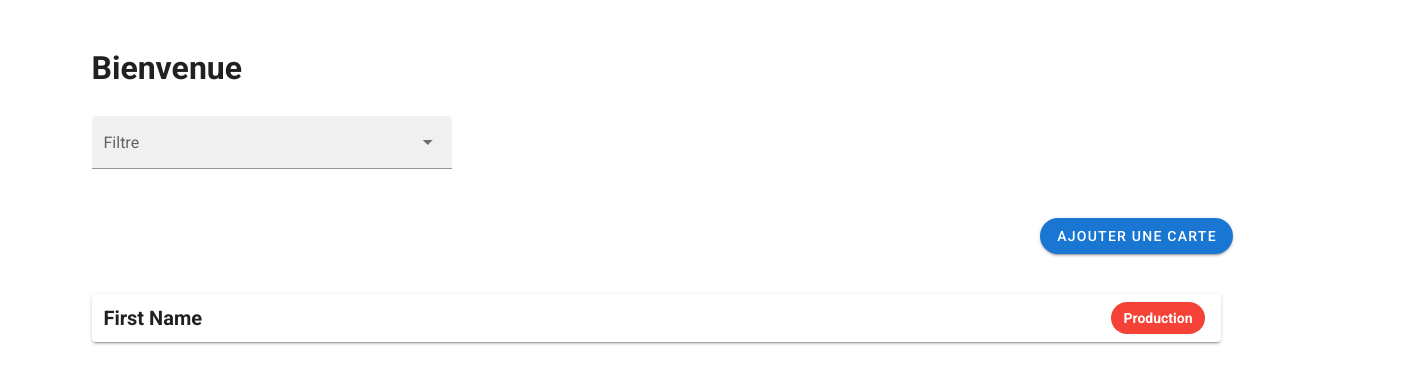
Repository: SidneyHodieb/myc
Page: /
These files come from the project's save history. The page is drawn as it stood at one moment and after the next save; the edit follows.
The browser window is 1280 px wide. The page is 1425 px wide, so the pictures cover 1425 px, including what lies to the right of the window. The pictures show the whole page.
The project was rebuilt for these pictures with package versions that can differ from the ones it lists, and the page was loaded fresh each time. Also part of the build but not shown: vue.config.js, src/views/addSource/column.vue, src/views/addSource/components/format.vue, src/views/addSource/components/card.vue, src/views/addSource/components/trigger.vue.

Above is the page before, as saved 2021-04-05 22:55:36.

After the next save:
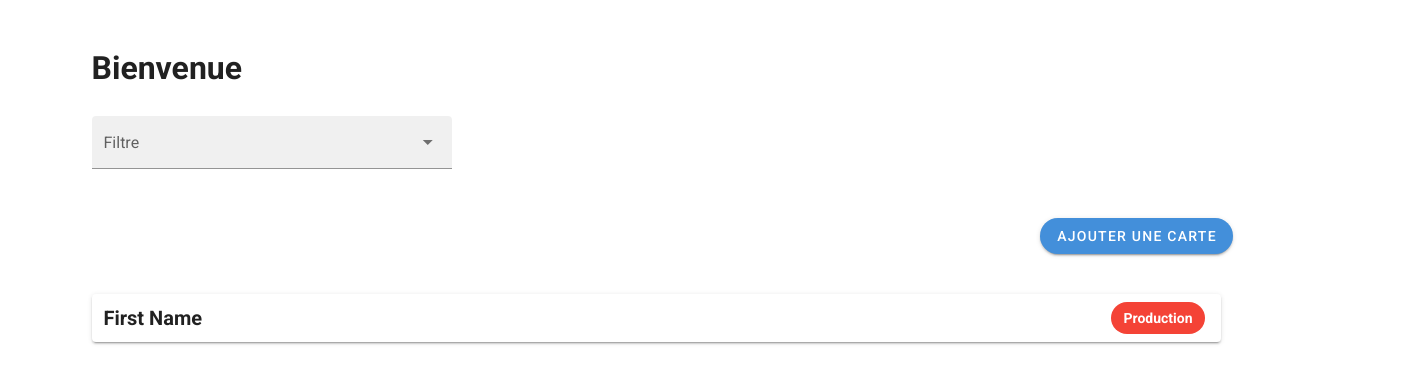
Saved 40 s later.
--- a/src/views/Home.vue
+++ b/src/views/Home.vue
@@ -9,7 +9,7 @@
       </v-col>
      <v-col offset-md="8" sm="6">
       <div class="text-center">
-        <v-btn rounded color="primary">
+        <v-btn rounded color="primary" :to="{name:'format'}">
           Ajouter une carte
         </v-btn>
       </div>

After the save that followed:
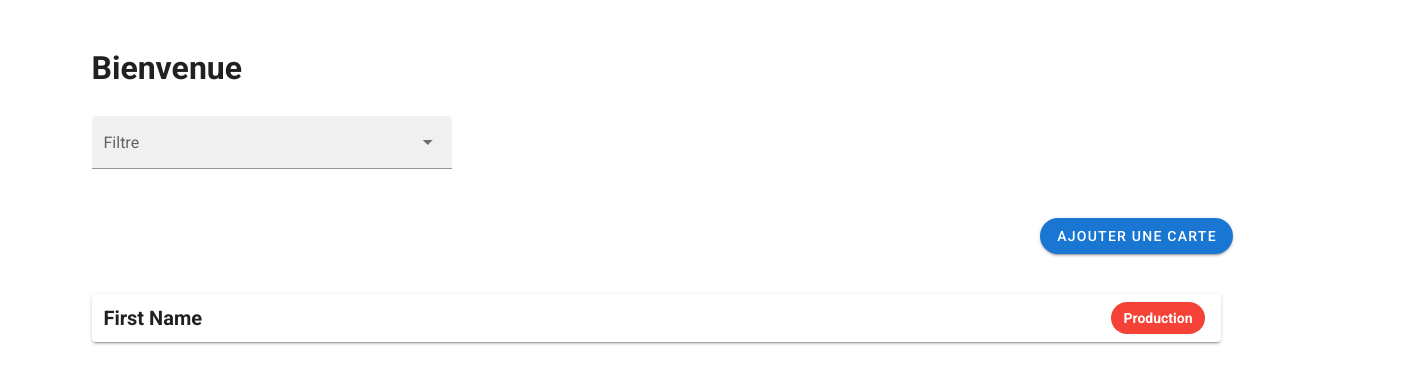
Saved 13 s later.
--- a/src/router/index.js
+++ b/src/router/index.js
@@ -21,6 +21,7 @@ const routes = [
     children: [
       {
         path: 'format',
+        name:'format',
         component: format
       },
       {
